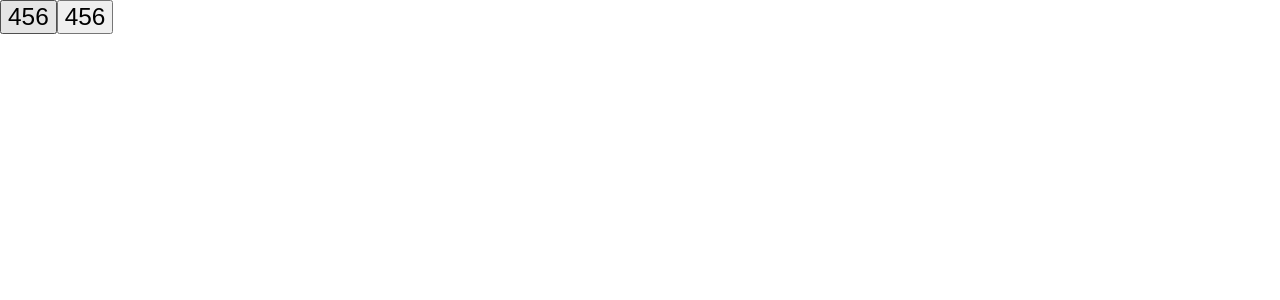
Repository: KouSum/km-vite-react
Page: /repos
An editor plug-in stored every save of this project. The page is shown before and after the next save, followed by the edit.
The browser window is 1280 px wide. The pictures show the whole page.
The project was rebuilt for these pictures with package versions that can differ from the ones it lists, and the page was loaded fresh each time. Also part of the build but not shown: vite.config.ts.

Above is the page before, as saved 2021-03-06 20:44:11.

After the next save:
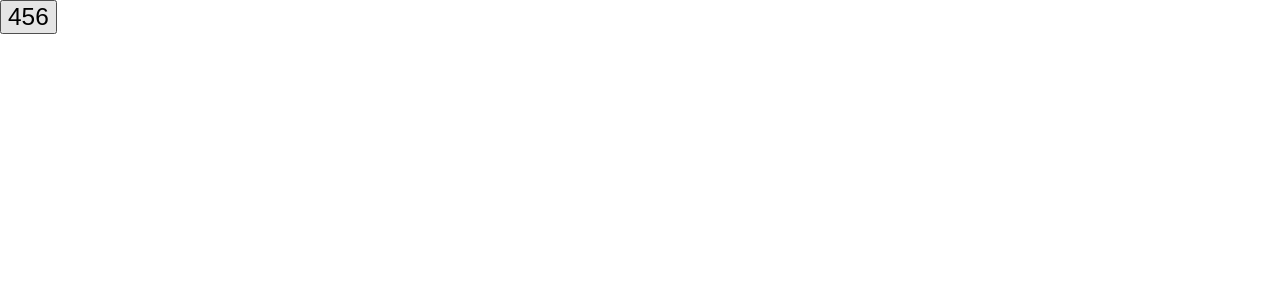
Saved 24 s later.
--- a/src/main.tsx
+++ b/src/main.tsx
@@ -14,7 +14,6 @@ ReactDOM.render(
   <HashRouter >
     <Route path="/" component={App}></Route>
   </HashRouter>
-    <App />
   </React.StrictMode>,
   document.getElementById('root')
 )
